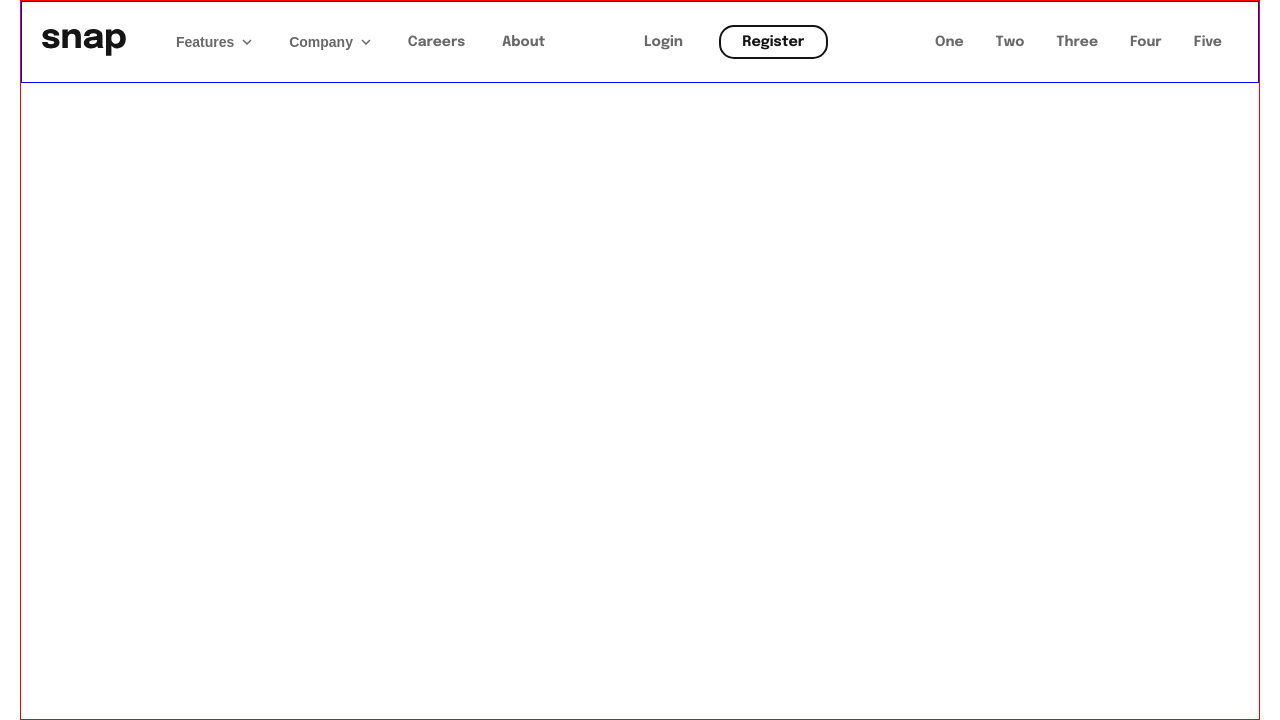
Repository: KamoliddinGIT/intro-section-with-dropdown
Page: index.html
These files come from the project's save history. The page is drawn as it stood at one moment and after the next save; the edit follows.
The browser window is 1280 px wide. The pictures show the whole page.

Above is the page before, as saved 2023-09-20 17:20:08.

After the next save:
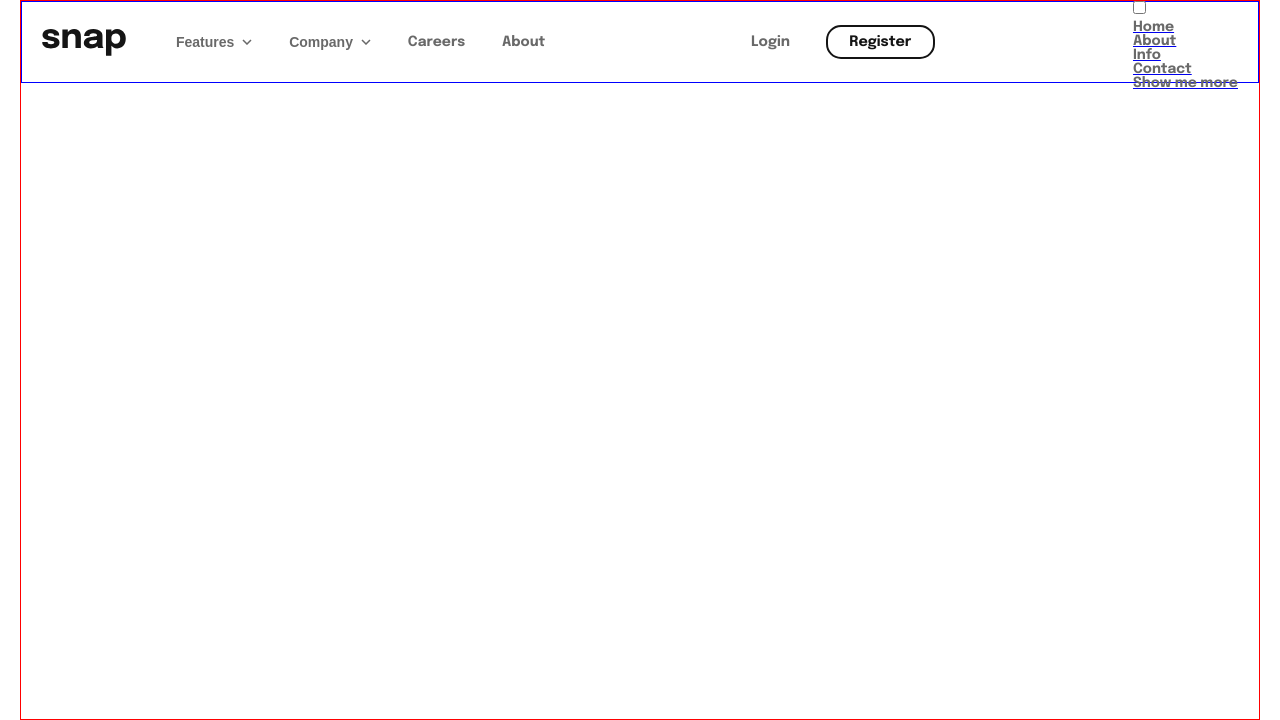
Saved 3 min 41 s later.
--- a/index.html
+++ b/index.html
@@ -68,22 +68,39 @@
             <a href="#" class="login">Login</a>
             <a href="#" class="register">Register</a>
           </div>
-          <!-- <div class="hamburger">
-            <div class="item-burger"></div>
-            <div class="item-burger"></div>
-            <div class="item-burger"></div>
-          </div> -->
-          <input id="menu-toggle" type="checkbox" />
-          <label class="menu-button-container" for="menu-toggle">
-            <div class="menu-button"></div>
-          </label>
-          <ul class="menu">
-            <li>One</li>
-            <li>Two</li>
-            <li>Three</li>
-            <li>Four</li>
-            <li>Five</li>
-          </ul>
+          <nav role="navigation">
+            <div id="menuToggle">
+              <!--
+              A fake / hidden checkbox is used as click reciever,
+              so you can use the :checked selector on it.
+              -->
+              <input type="checkbox" />
+
+              <!--
+              Some spans to act as a hamburger.
+
+              They are acting like a real hamburger,
+              not that McDonalds stuff.
+              -->
+              <span></span>
+              <span></span>
+              <span></span>
+
+              <!--
+              Too bad the menu has to be inside of the button
+              but hey, it's pure CSS magic.
+              -->
+              <ul id="menu">
+                <a href="#"><li>Home</li></a>
+                <a href="#"><li>About</li></a>
+                <a href="#"><li>Info</li></a>
+                <a href="#"><li>Contact</li></a>
+                <a href="https://erikterwan.com/" target="_blank"
+                  ><li>Show me more</li></a
+                >
+              </ul>
+            </div>
+          </nav>
         </div>
       </div>
     </div>
